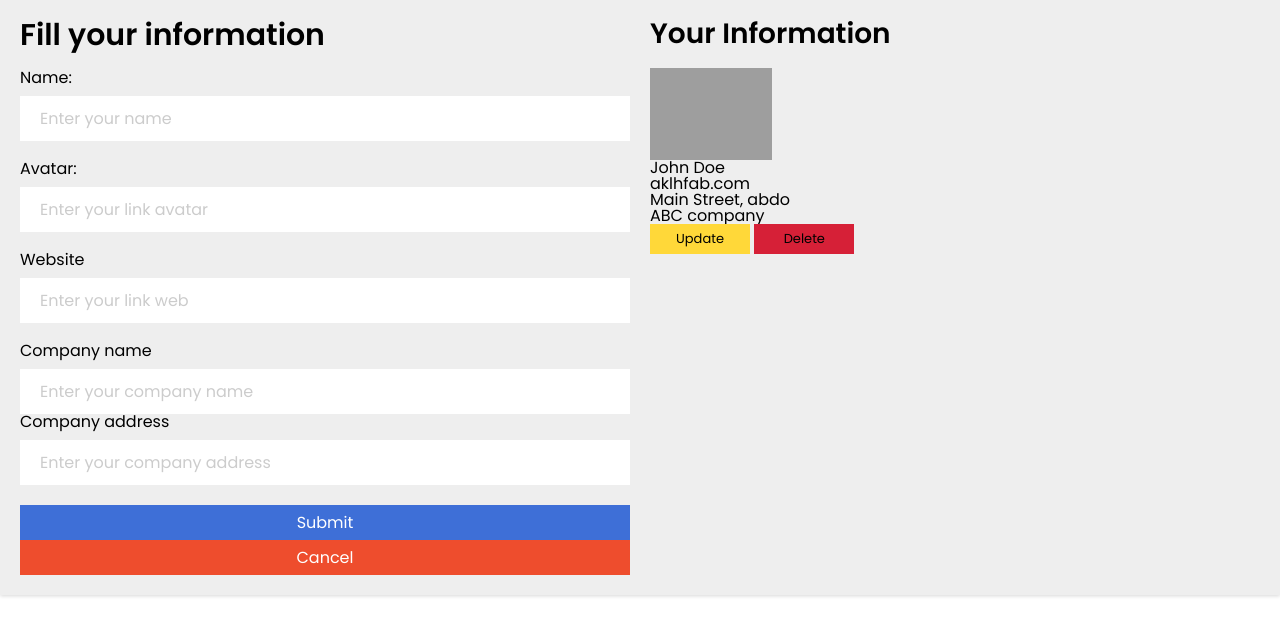
Repository: nttthao9/management
Page: index.html
An editor plug-in stored every save of this project. The page is shown before and after the next save, followed by the edit.
The browser window is 1280 px wide. The pictures show the whole page.
Pictures or frames that could not be fetched are drawn as grey boxes. Some web libraries are served in a nearby version.

Above is the page before, as saved 2021-10-13 10:58:59.

### index.html
<!DOCTYPE html>
<html lang="en">

<head>
  <meta charset="UTF-8">
  <meta http-equiv="X-UA-Compatible" content="IE=edge">
  <meta name="viewport" content="width=device-width, initial-scale=1.0">
  <title>Promise</title>
  <link rel="preconnect" href="https://fonts.googleapis.com">
  <link rel="preconnect" href="https://fonts.gstatic.com" crossorigin>
  <link href="https://fonts.googleapis.com/css2?family=Poppins:wght@300;400;500;600&display=swap" rel="stylesheet">
  <link rel="stylesheet" href="https://cdnjs.cloudflare.com/ajax/libs/font-awesome/5.1.0-11/css/all.css"
    integrity="sha512-xO/VZFNBvip9IT+BD6Nq/pHdBvKeFcwygKqARlegjQ+5A68KsMSYrPbGP1oYow5ec9Tqq8peJXcn5J1bD4O00w=="
    crossorigin="anonymous" referrerpolicy="no-referrer" />
  <link rel="stylesheet" href="./.vscode/style.css">
</head>

<body>
  <div class="container">
    <div class="fill-infor">
      <form action="" id="form" autocomplete="off">
        <h2 class="form-title">Fill your information</h2>
        <div class="fill fill-name">
          <label for="name">Name:</label>
          <input type="text" id="name" name="name" autocomplete="off" placeholder="Enter your name">
        </div>
        <div class="fill fill-avatar">
          <label for="avatar">Avatar:</label>
          <input type="text" id="avatar" name="avatar" placeholder="Enter your link avatar">
        </div>
        <div class="fill fill-link">
          <label for="link-web">Website</label>
          <input type="link-web" id="link-web" name="link-web" placeholder="Enter your link web">
        </div>
        <div class="fill fill-company">
          <label for="company">Company name</label>
          <input type="text" id="company-name" name="company-name" placeholder="Enter your company name">
          <label for="company">Company address</label>
          <input type="text" id="company-address" name="company-address" placeholder="Enter your company address">
        </div>
        <button type="submit" class=" btn btn-submit">Submit</button>
        <button type="submit" class="btn btn-cancel">Cancel</button>

      </form>
      <div class="manage">
        <h3 class="filled">Your Information</h3>
        <div class="manage-infor">
          <div class="your-image">
            <img src="http://lorempixel.com/640/480/abstract/" alt="">
          </div>
          <div class="your-name">
            <span class="name">John Doe</span>
          </div>
          <div class="your-link">
            <span class="name">aklhfab.com</span>
          </div>
          <div class="your-address">
            <span class="name">Main Street, abdo</span>
          </div>
          <div class="your-company">
            <span class="name">ABC company</span>
          </div>
          <button type="submit" class="btn btn-update">Update</button>
          <button type="submit" class=" btn btn-delete">Delete</button>
        </div>
      </div>
    </div>
  </div>
  <script src="./main.js"></script>
</body>

</html>

### .vscode/style.css
html {
  box-sizing: border-box;
  font-size: 62.5%;
}
* {
  margin: 0;
  padding: 0;
}
*,
*:before,
*:after {
  box-sizing: border-box;
}
input,
textarea,
select,
button {
  outline: none;
}
input {
  line-height: normal;
}
label,
button {
  cursor: pointer;
}
a {
  text-decoration: none;
}
img {
  display: block;
  max-width: 100%;
}
body {
  font-family: 'Poppins', sans-serif;
  line-height: 1;
  font-size: 1.6rem;
}
.container {
  padding: 2rem;
  background-color: #eee;
  box-shadow: rgba(0, 0, 0, 0.16) 0px 1px 4px;
}
.btn {
  padding: 5px 1rem;
  border: 0;
  font-size: 1.3rem;
  font-family: 'Poppins', sans-serif;
  cursor: pointer;
  transition: all 0.25s linear;
  width: 10rem;
}
.btn:hover {
  color: #333;
}
.fill-infor {
  display: flex;
  justify-content: space-between;
}
.image {
  width: 50%;
}
img {
  width: 100%;
}
#form {
  width: 50%;
}
.form-title {
  font-size: 3rem;
  margin-bottom: 2rem;
}
.fill {
  margin-bottom: 2rem;
}
.fill-btn {
  display: flex;
  justify-content: space-between;
}
label,
input {
  display: block;
}
label {
  margin-bottom: 1rem;
}
input {
  width: 100%;
  padding: 1rem 2rem;
  border: 0;
  font-size: 1.6rem;
  font-family: 'Poppins', sans-serif;
  color: #333;
}
input::-webkit-input-placeholder {
  color: #ccc;
}
input::-moz-placeholder {
  color: #ccc;
}
input:-ms-input-placeholder {
  color: #ccc;
}
input::-ms-input-placeholder {
  color: #ccc;
}
input::placeholder {
  color: #ccc;
}
.btn-submit {
  width: 100%;
  font-size: 1.6rem;
  background-color: #3e6fd7;
  color: white;
}
.btn-cancel {
  font-size: 1.6rem;
  background-color: #ee4d2d;
  width: 100%;
  color: white;
}
.manage {
  width: 50%;
  margin-left: 2rem;
}
.infor-item {
  display: flex;
  /* justify-content: space-between; */
  align-items: center;
}
.infor-desc {
  margin: 0 2rem;
}
.infor-desc span {
  display: block;
  margin: 1rem 0;
}
.button {
  margin-left: auto;
}
.filled {
  font-size: 2.8rem;
  margin-bottom: 2rem;
}
.your-image {
  width: 20%;
  /* height: 5rem; */
}

.btn-update {
  background-color: #ffd839;
  margin-bottom: 1rem;
}
.btn-delete {
  background-color: #d62037;
}

Loaded but not shown: main.js (no stored copy; drawn as an empty file)

After the next save:
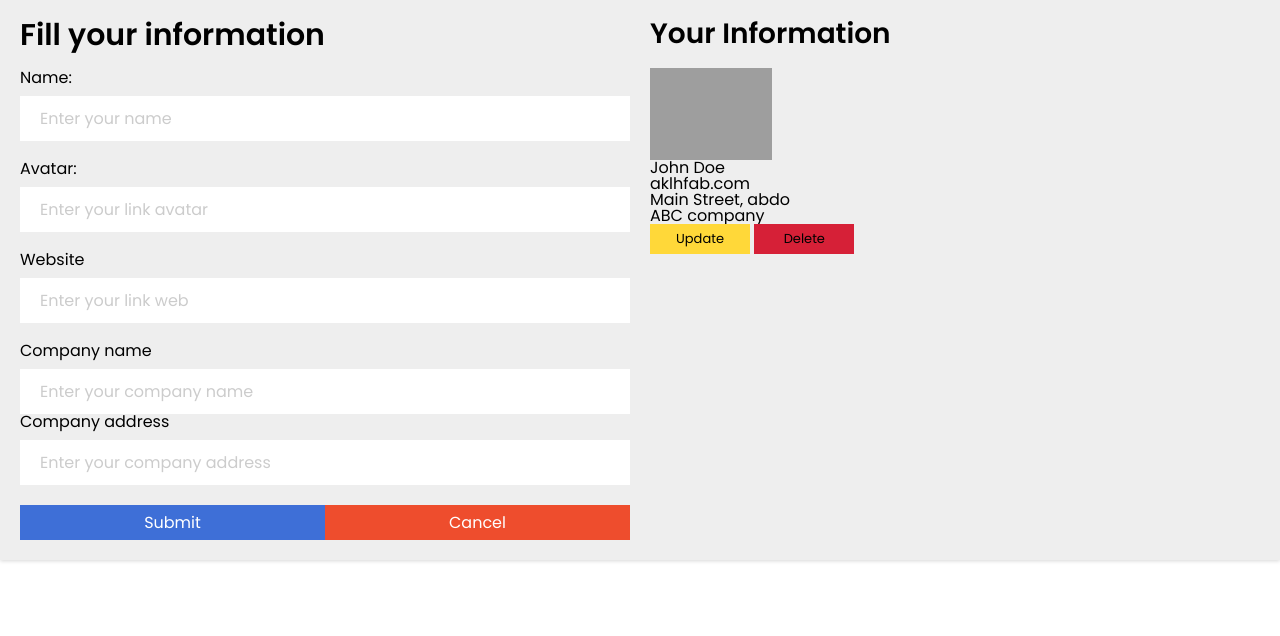
Saved 112 s later.
--- a/index.html
+++ b/index.html
@@ -38,8 +38,10 @@
           <label for="company">Company address</label>
           <input type="text" id="company-address" name="company-address" placeholder="Enter your company address">
         </div>
-        <button type="submit" class=" btn btn-submit">Submit</button>
-        <button type="submit" class="btn btn-cancel">Cancel</button>
+        <div class="fill-btn">
+          <button type="submit" class=" btn btn-submit">Submit</button>
+          <button type="submit" class="btn btn-cancel">Cancel</button>
+        </div>
 
       </form>
       <div class="manage">
